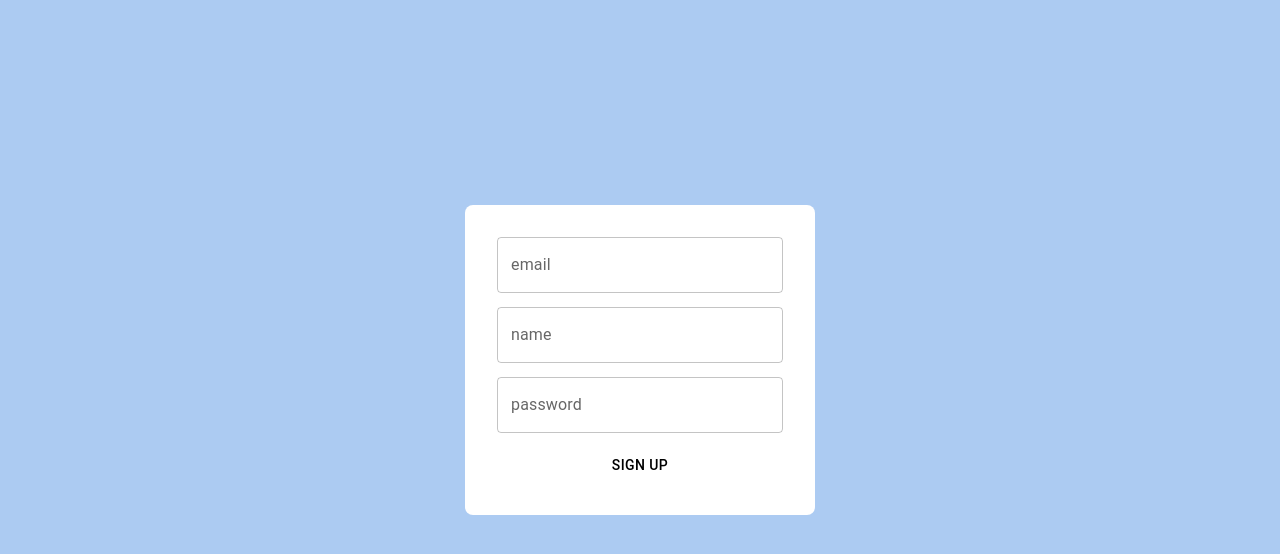
Repository: Ellisvelandia/react_form_jest
Page: /
The author's editor kept a copy of each file at every save. The page is drawn from the files as they stood at one save, then again after the next save.
The browser window is 1280 px wide. The pictures show the whole page.
The project was rebuilt for these pictures with package versions that can differ from the ones it lists, and the page was loaded fresh each time.

Above is the page before, as saved 2022-08-17 21:51:39.

After the next save:
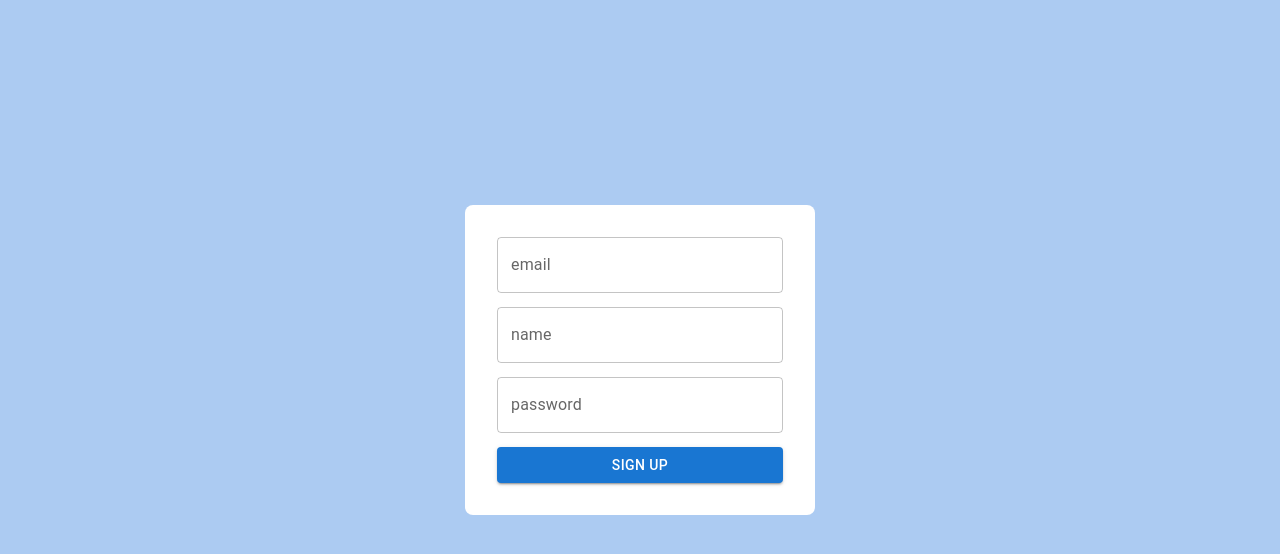
Saved 5 s later.
--- a/src/component/material-form.js
+++ b/src/component/material-form.js
@@ -38,7 +38,7 @@ const MaterialForm = () => {
               fullwidth
             />
             <Box height={14} />
-            <Button type="submit" variant="conb">Sign up</Button>
+            <Button type="submit" variant="contained">Sign up</Button>
           </Form>
         )}
       </Formik>
